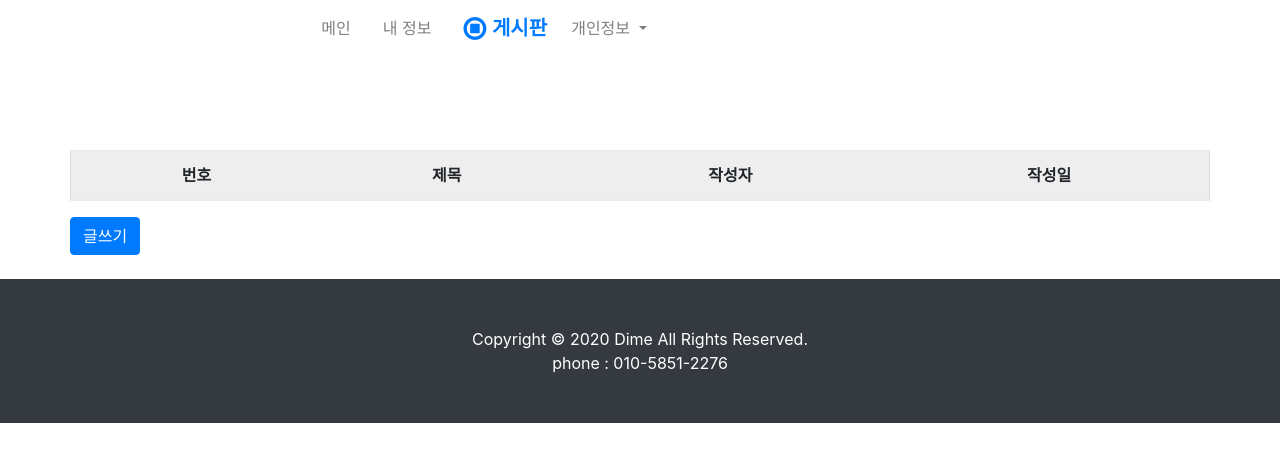
Repository: elecdime/jspboard
Page: http://localhost/BBS/projectbbs/bbs.jsp
An editor plug-in stored every save of this project. The page is shown before and after the next save, followed by the edit.
The browser window is 1280 px wide. The pictures show the whole page.
Some web libraries are served in a nearby version. The page is served by Tomcat 9. Queries for data that is not in the repository find no rows.

Above is the page before, as saved 2020-07-08 12:35:50.

After the next save:
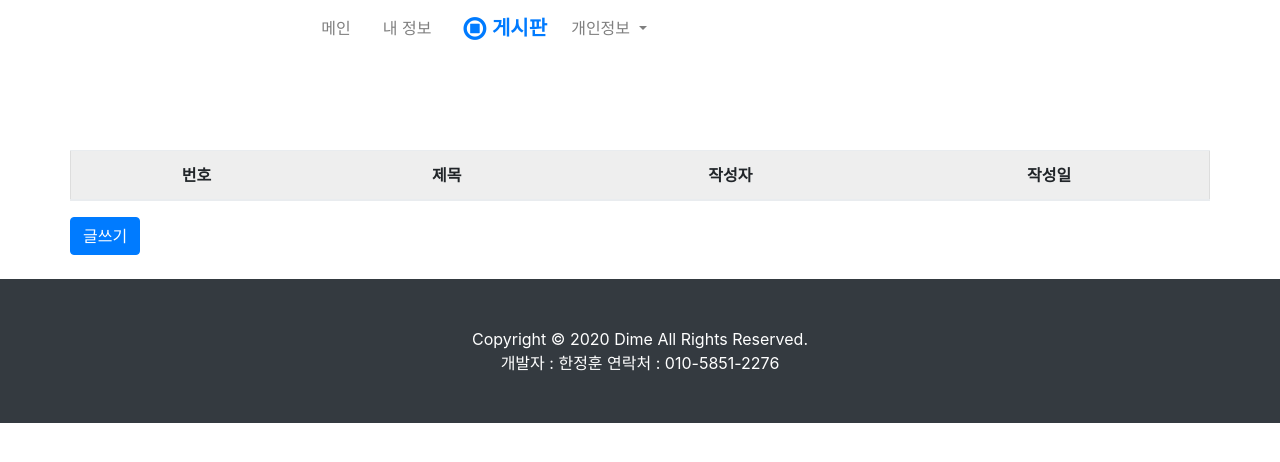
Saved 22 s later.
--- a/dime/project Web/BBS/WebContent/projectbbs/bottom.jsp
+++ b/dime/project Web/BBS/WebContent/projectbbs/bottom.jsp
@@ -17,7 +17,7 @@
 
 Copyright &copy; 2020 Dime All Rights Reserved.
 <br>
-phone : 010-5851-2276
+개발자 : 한정훈 연락처 : 010-5851-2276
 </footer>
 </body>
 </html>
